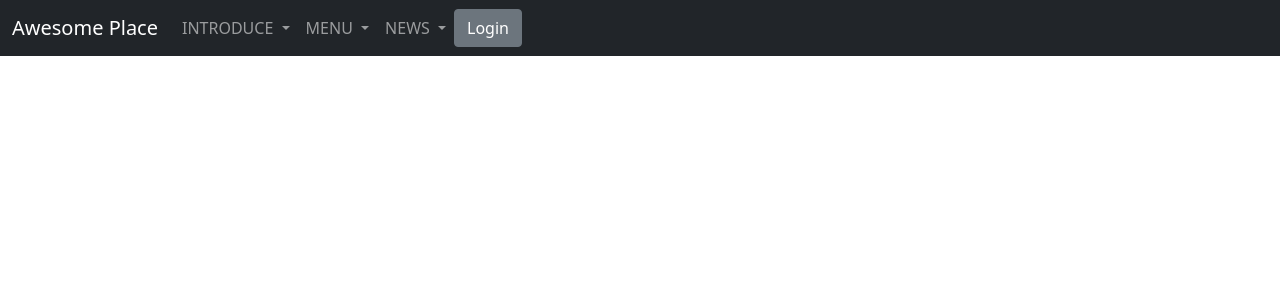
Repository: sikim0629/AwesomePlace
Page: http://localhost/awesomePlace/main.jsp
These files come from the project's save history. The page is drawn as it stood at one moment and after the next save; the edit follows.
The browser window is 1280 px wide. The pictures show the whole page.
The page is served by Tomcat 9. Nobody is signed in. The application's start-up code is not run.

Above is the page before, as saved 2021-11-12 09:55:54.

After the next save:
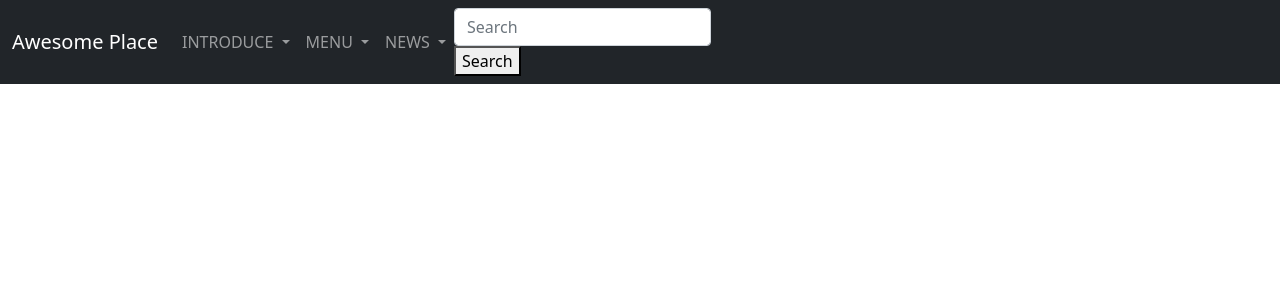
Saved 116 s later.
--- a/awesomePlace/WebContent/header.jsp
+++ b/awesomePlace/WebContent/header.jsp
@@ -51,11 +51,10 @@
 	          </ul>
 	        </li>
 	      </ul>
-		    	<form class="d-flex">
-		      		<a href="/test.jsp">
-		      			<button type="button" class="btn btn-secondary">Login</button>
-		      		</a>
-		    	</form>
+		    	<form class="form-inline my-2 my-lg-0">
+			      <input class="form-control mr-sm-2" type="search" placeholder="Search" aria-label="Search">
+			      <button class="button" type="submit">Search</button>
+			    </form>
 	    </div>
 	  </div>
 </nav>
